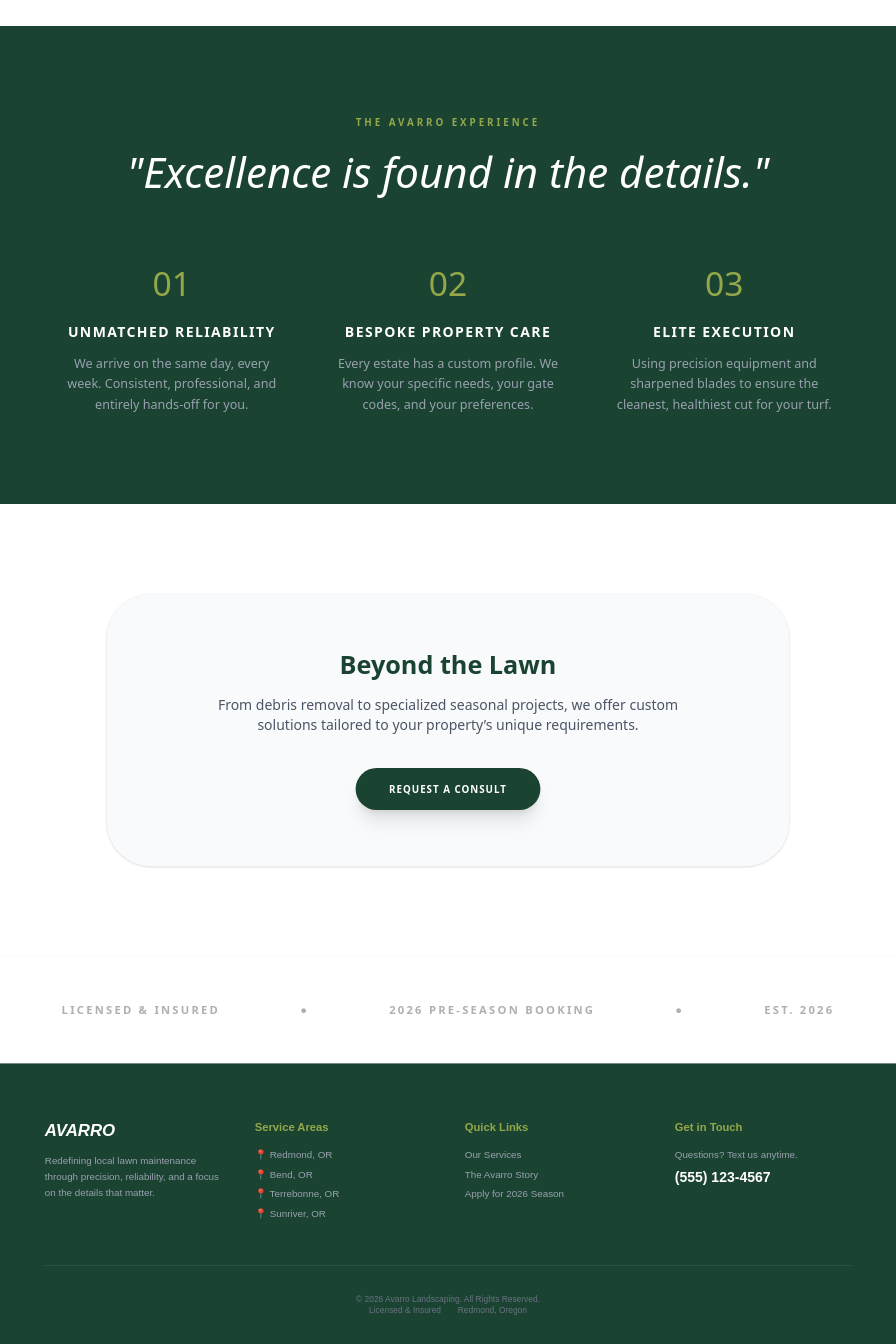
Repository: KalebMalone/Avarro
Page: /
An editor plug-in stored every save of this project. The page is shown before and after the next save, followed by the edit.
The browser window is 1280 px wide. The pictures show the part of the page from y = 3143 to 5063 px (the page is 5063 px tall before and 5035 px after), at 70% of full size.
The project was rebuilt for these pictures with package versions that can differ from the ones it lists, and the page was loaded fresh each time. Also part of the build but not shown: vite.config.js, src/pages/ServicesPage.jsx, src/pages/About.jsx, src/pages/Contact.jsx.

Above is the page before, as saved 2026-01-28 16:41:42.

After the next save:
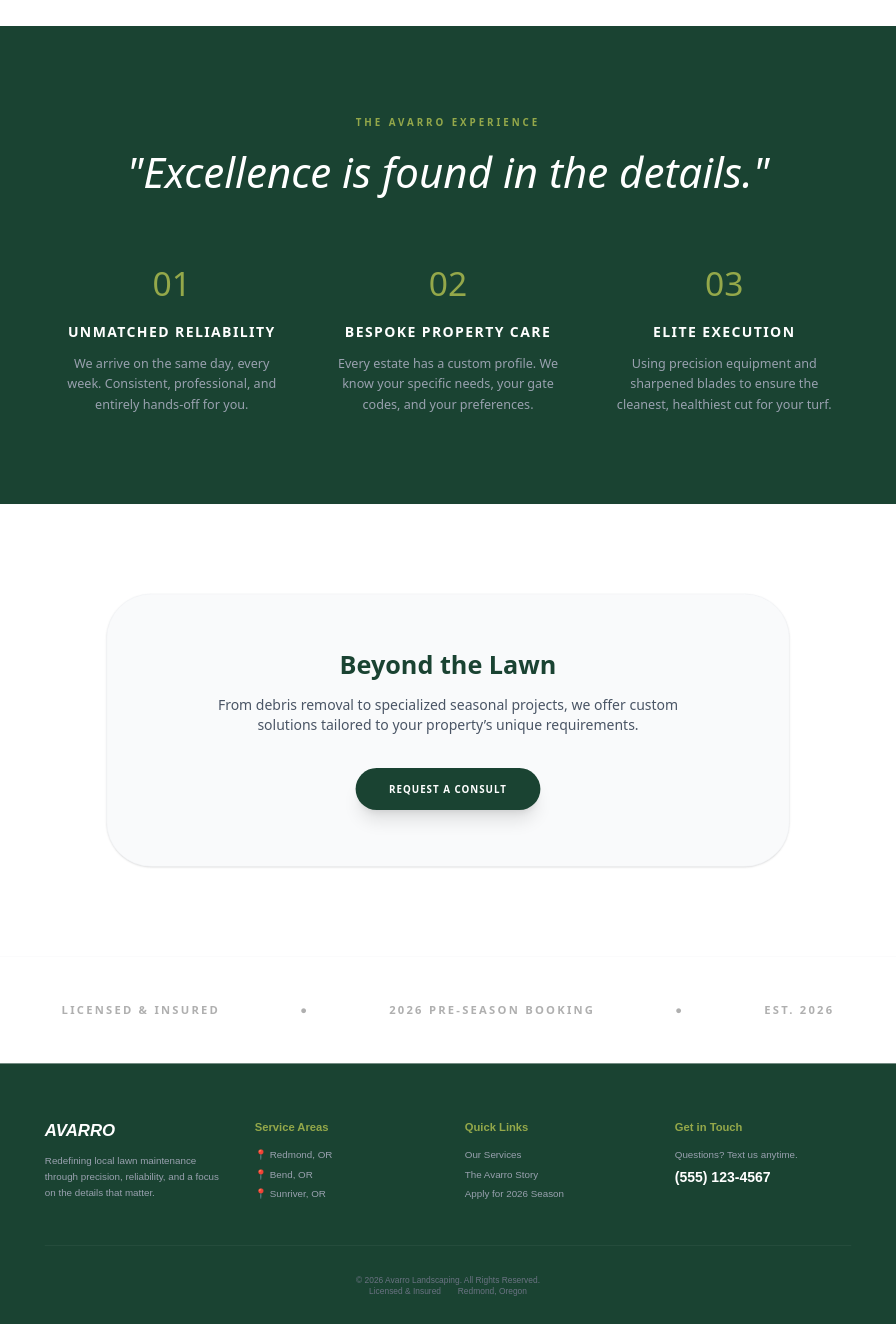
Saved 26 s later.
--- a/src/components/Footer.jsx
+++ b/src/components/Footer.jsx
@@ -17,7 +17,6 @@
                     <ul className="text-gray-400 text-sm space-y-2">
                         <li>📍 Redmond, OR</li>
                         <li>📍 Bend, OR</li>
-                        <li>📍 Terrebonne, OR</li>
                         <li>📍 Sunriver, OR</li>
                     </ul>
                 </div>
